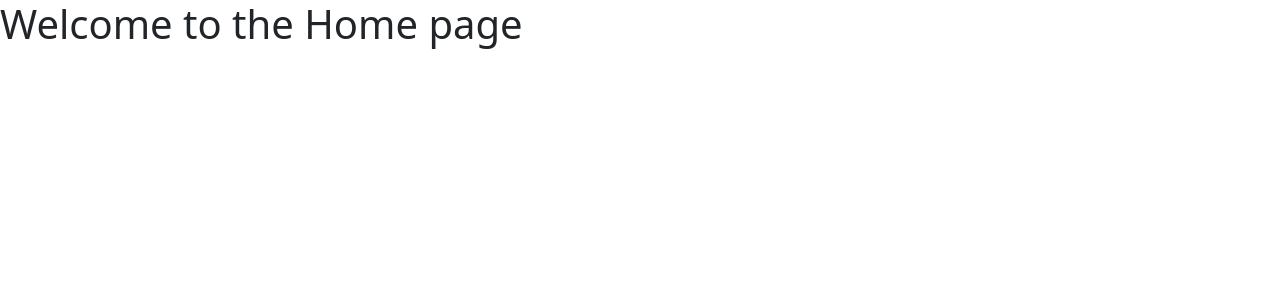
Repository: nhoque7/week3t.2
Page: http://localhost/
An editor plug-in stored every save of this project. The page is shown before and after the next save, followed by the edit.
The browser window is 1280 px wide. The pictures show the whole page.
The page is served by the project's Node server (server.js).

Above is the page before, as saved 2022-10-13 13:48:59.

After the next save:
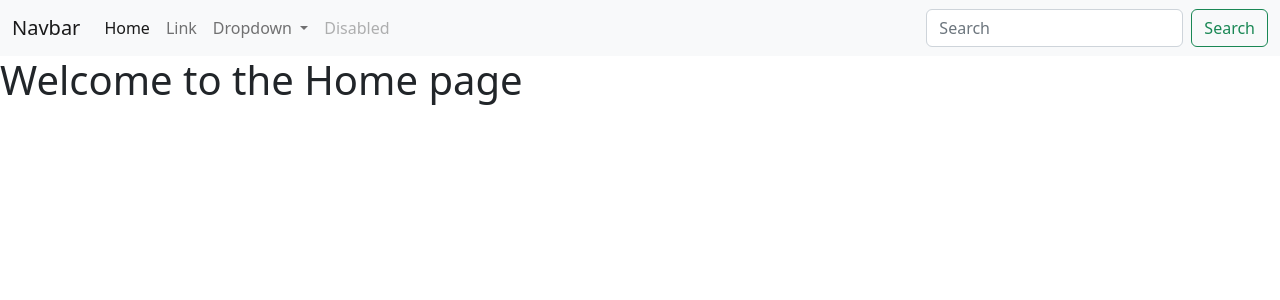
Saved 32 min 24 s later.
--- a/views/index.ejs
+++ b/views/index.ejs
@@ -12,6 +12,43 @@
 
 </head>
 <body>
+  <!--Main Navigation-->
+  <nav class="navbar navbar-expand-lg bg-light">
+    <div class="container-fluid">
+      <a class="navbar-brand" href="#">Navbar</a>
+      <button class="navbar-toggler" type="button" data-bs-toggle="collapse" data-bs-target="#navbarSupportedContent" aria-controls="navbarSupportedContent" aria-expanded="false" aria-label="Toggle navigation">
+        <span class="navbar-toggler-icon"></span>
+      </button>
+      <div class="collapse navbar-collapse" id="navbarSupportedContent">
+        <ul class="navbar-nav me-auto mb-2 mb-lg-0">
+          <li class="nav-item">
+            <a class="nav-link active" aria-current="page" href="#">Home</a>
+          </li>
+          <li class="nav-item">
+            <a class="nav-link" href="#">Link</a>
+          </li>
+          <li class="nav-item dropdown">
+            <a class="nav-link dropdown-toggle" href="#" role="button" data-bs-toggle="dropdown" aria-expanded="false">
+              Dropdown
+            </a>
+            <ul class="dropdown-menu">
+              <li><a class="dropdown-item" href="#">Action</a></li>
+              <li><a class="dropdown-item" href="#">Another action</a></li>
+              <li><hr class="dropdown-divider"></li>
+              <li><a class="dropdown-item" href="#">Something else here</a></li>
+            </ul>
+          </li>
+          <li class="nav-item">
+            <a class="nav-link disabled">Disabled</a>
+          </li>
+        </ul>
+        <form class="d-flex" role="search">
+          <input class="form-control me-2" type="search" placeholder="Search" aria-label="Search">
+          <button class="btn btn-outline-success" type="submit">Search</button>
+        </form>
+      </div>
+    </div>
+  </nav>
   <h1>Welcome to the <%= title %> page</h1>
 
 
